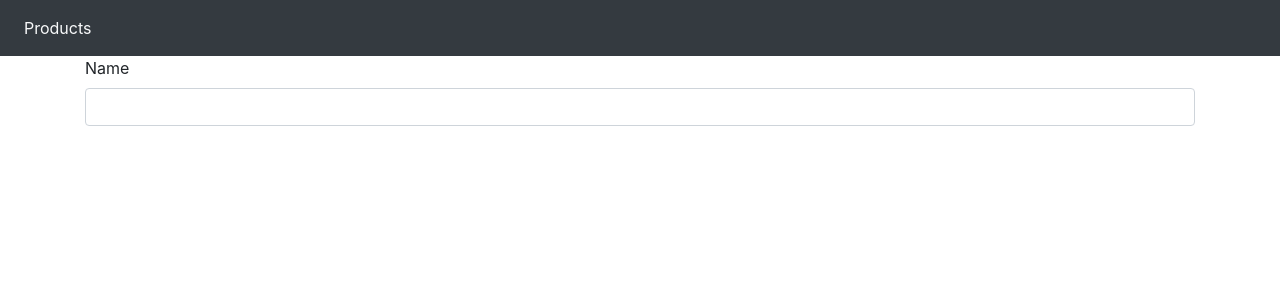
Repository: Aniksaha19/curd
Page: http://localhost/product/create
The author's editor kept a copy of each file at every save. The page is drawn from the files as they stood at one save, then again after the next save.
The browser window is 1280 px wide. The pictures show the whole page.
The page is served by the project's Laravel application, run on PHP 8.4 with Laravel 10. Other server files are loaded and not shown.

Above is the page before, as saved 2023-06-01 16:41:08.

### routes/web.php
<?php

use Illuminate\Support\Facades\Route;
use App\Http\Controllers\ProductController;

/*
|--------------------------------------------------------------------------
| Web Routes
|--------------------------------------------------------------------------
|
| Here is where you can register web routes for your application. These
| routes are loaded by the RouteServiceProvider and all of them will
| be assigned to the "web" middleware group. Make something great!
|
*/

Route::get('/', [ProductController::class, 'index'])->name('products.index');
Route::get('product/create', [ProductController::class, 'create'])->name('products.create');

### app/Http/Controllers/ProductController.php
<?php

namespace App\Http\Controllers;

use Illuminate\Http\Request;

class ProductController extends Controller
{
    public function index(){
        return view('products.index');
    }
    public function create(){
        return view('products.create');
    }
}

### resources/views/products/create.blade.php
<!DOCTYPE html>
<html lang="en">
<head>
    <meta charset="UTF-8">
    <meta http-equiv="X-UA-Compatible" content="IE=edge">
    <meta name="viewport" content="width=device-width, initial-scale=1.0">
    <title>Laravel CURD</title>

    <link rel="stylesheet" href="https://cdn.jsdelivr.net/npm/bootstrap@4.6.2/dist/css/bootstrap.min.css">
    <script src="https://cdn.jsdelivr.net/npm/jquery@3.6.4/dist/jquery.slim.min.js"></script>
    <script src="https://cdn.jsdelivr.net/npm/popper.js@1.16.1/dist/umd/popper.min.js"></script>
    <script src="https://cdn.jsdelivr.net/npm/bootstrap@4.6.2/dist/js/bootstrap.bundle.min.js"></script>
</head>
<body>

        <nav class="navbar navbar-expand-sm bg-dark">
            <ul class="navbar-nav">
                <li class="nav-item">
                    <a class="nav-link text-light" href="/">Products</a>
                </li>
            </ul>
        </nav>
           <div class="container">
                <div class="row justify-content-center">
                    <div class="col-sm-12">
                        <form method="POST">
                            @csrf
                            <div class="form-group">
                                <label>Name</label>
                                <input type="text" name="name" class="form-control"/>
                            </div>
                        </form>
                    </div>
                </div>
           </div>
        </div>
</body>
</html>

Loaded but not shown: app/Http/Controllers/Controller.php (common file)

After the next save:
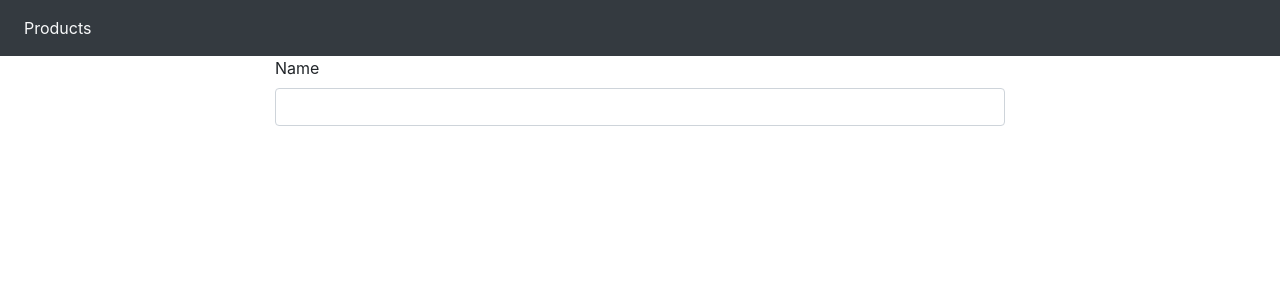
Saved 60 s later.
--- a/resources/views/products/create.blade.php
+++ b/resources/views/products/create.blade.php
@@ -22,7 +22,7 @@
         </nav>
            <div class="container">
                 <div class="row justify-content-center">
-                    <div class="col-sm-12">
+                    <div class="col-sm-8">
                         <form method="POST">
                             @csrf
                             <div class="form-group">
